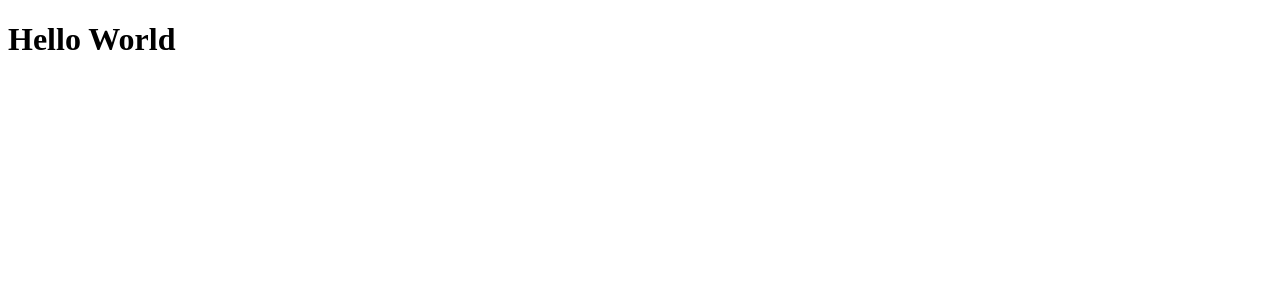
Repository: RavinakS/signup-page-html-js
Page: index.html
These files come from the project's save history. The page is drawn as it stood at one moment and after the next save; the edit follows.
The browser window is 1280 px wide. The pictures show the whole page.

Above is the page before, as saved 2021-12-13 11:05:14.

### index.html
<!DOCTYPE html>
<html lang="en">
<head>
    <meta charset="UTF-8">
    <meta http-equiv="X-UA-Compatible" content="IE=edge">
    <meta name="viewport" content="width=device-width, initial-scale=1.0">
    <title>Document</title>
    <script>src = ''</script>
</head>
<body>
    <h1>Hello World</h1>
</body>
</html>

After the next save:
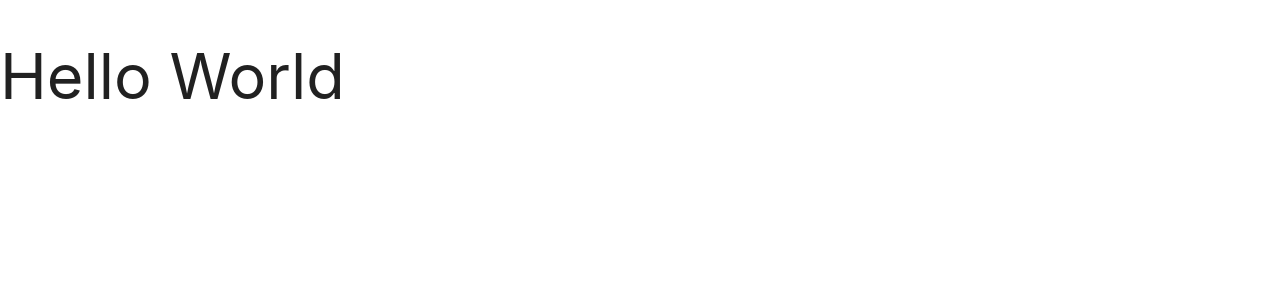
Saved 21 s later.
--- a/index.html
+++ b/index.html
@@ -5,7 +5,7 @@
     <meta http-equiv="X-UA-Compatible" content="IE=edge">
     <meta name="viewport" content="width=device-width, initial-scale=1.0">
     <title>Document</title>
-    <script>src = ''</script>
+    <link rel="stylesheet" href="https://cdnjs.cloudflare.com/ajax/libs/materialize/1.0.0/css/materialize.min.css">
 </head>
 <body>
     <h1>Hello World</h1>
